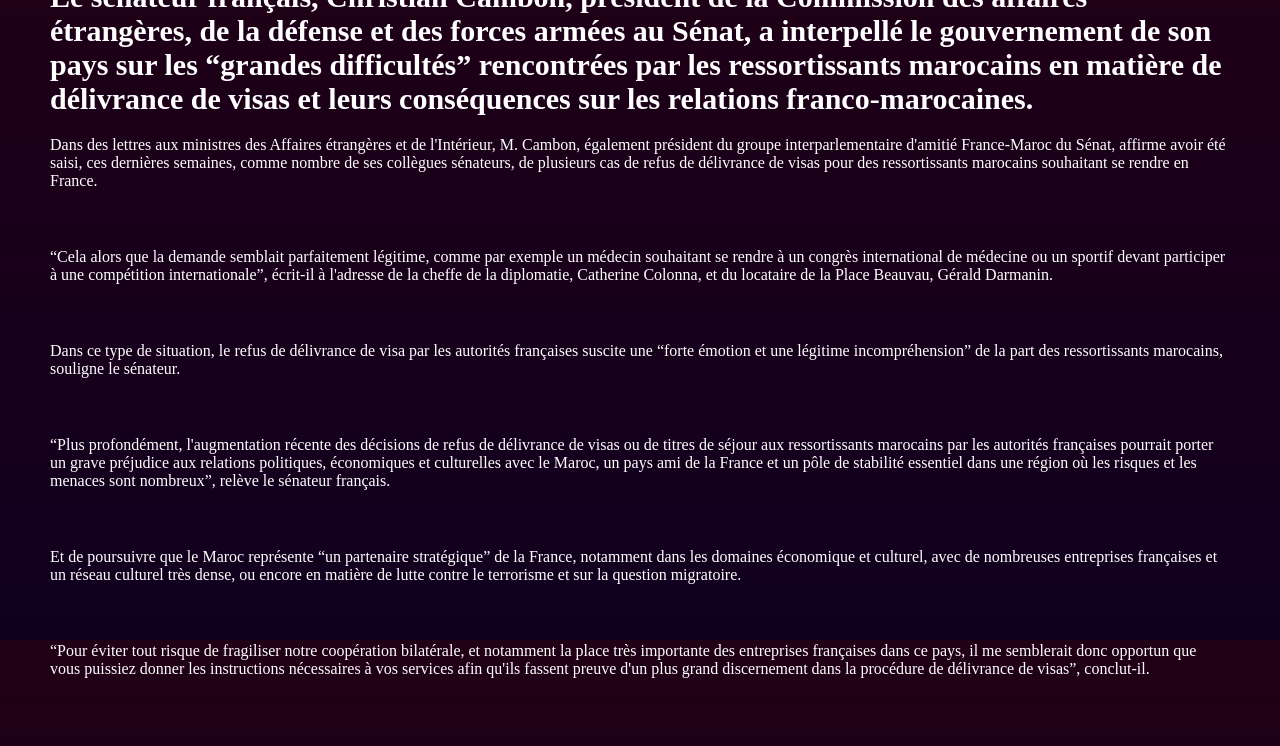
Repository: SD-Mdouka/site-n-b
Page: /
The author's editor kept a copy of each file at every save. The page is drawn from the files as they stood at one save, then again after the next save.
The browser window is 1280 px wide. The pictures show the part of the page from y = 800 to 1565 px (the page is 1546 px tall before and 1565 px after).
The project was rebuilt for these pictures with package versions that can differ from the ones it lists, and the page was loaded fresh each time. Also part of the build but not shown: src/component/page/AboutPage.js, src/component/page/ContactPage.js, src/component/page/ProductPage.js, src/component/page/ShoppingPage.js.

Above is the page before, as saved 2022-09-23 17:34:57.

After the next save:
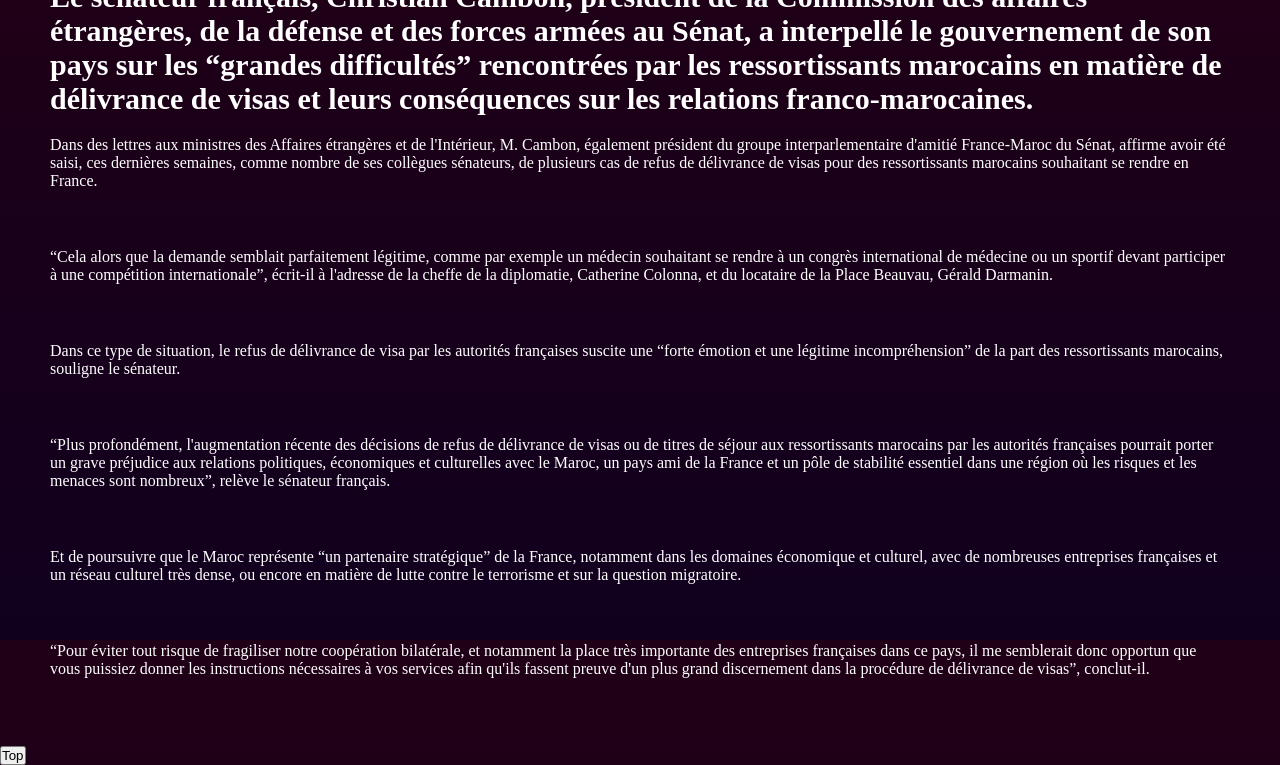
Saved 8 min 32 s later.
--- a/src/component/page/HomePage.js
+++ b/src/component/page/HomePage.js
@@ -11,6 +11,9 @@
         <Main />
         <Content />
       </Layout>
+      <button onclick="topFunction()" id="myBtn" title="Go to top">
+        Top
+      </button>
     </>
   );
 };

After the 3 saves that followed:
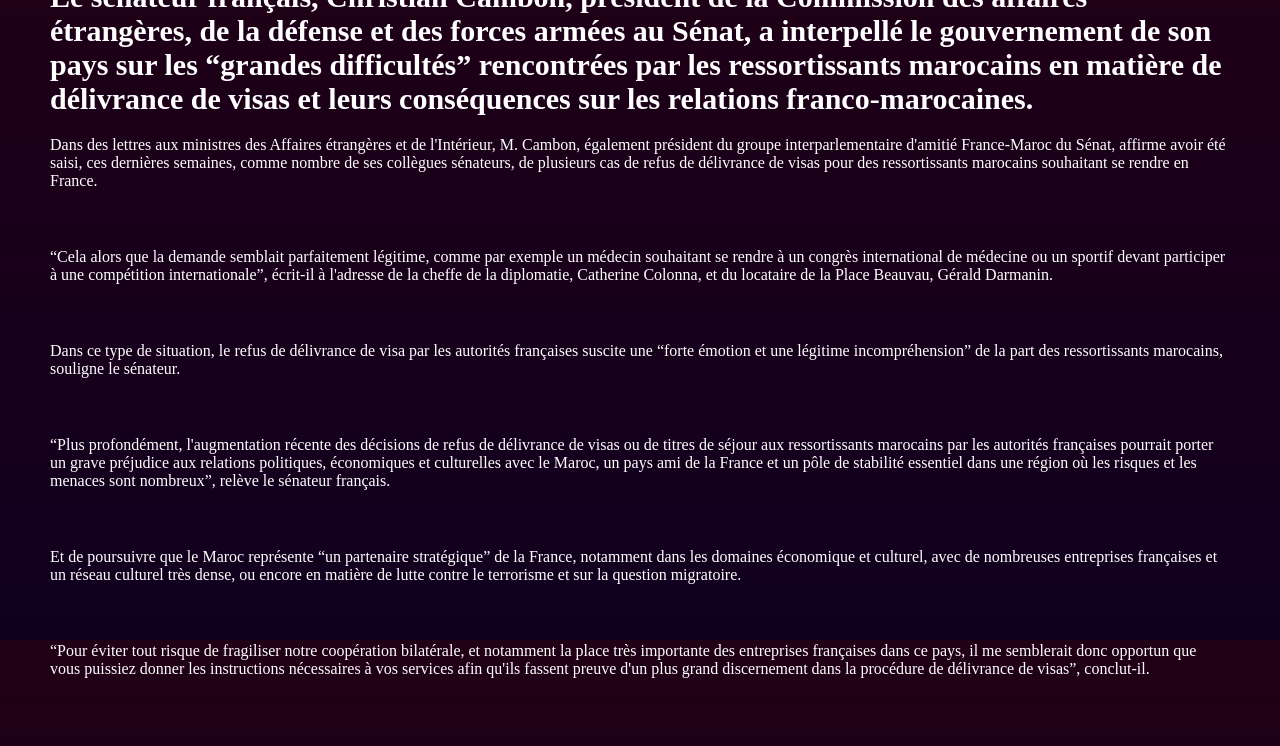
The 3 saves are shown as one change because 2 left the picture as it was.
The last was saved 3 min 5 s later.
--- a/src/component/page/HomePage.js
+++ b/src/component/page/HomePage.js
@@ -3,6 +3,8 @@
 import Main from "../share-component/Home/Main";
 import { Layout } from "../share-component/Layout/Layout";
 import "../Style/StyleHome.css";
+
+const topScroll = () => {};
 
 const HomePage = () => {
   return (
@@ -11,7 +13,7 @@
         <Main />
         <Content />
       </Layout>
-      <button onclick="topFunction()" id="myBtn" title="Go to top">
+      <button onclick={() => topScroll()} id="btnScroll">
         Top
       </button>
     </>
--- a/src/component/Style/StyleHome.css
+++ b/src/component/Style/StyleHome.css
@@ -58,3 +58,37 @@
     margin: 20px;
     font-size: 30px;
 }
+
+#btnScroll {
+    display: none;
+    /* Hidden by default */
+    position: fixed;
+    /* Fixed/sticky position */
+    bottom: 20px;
+    /* Place the button at the bottom of the page */
+    right: 30px;
+    /* Place the button 30px from the right */
+    z-index: 99;
+    /* Make sure it does not overlap */
+    border: none;
+    /* Remove borders */
+    outline: none;
+    /* Remove outline */
+    background-color: red;
+    /* Set a background color */
+    color: white;
+    /* Text color */
+    cursor: pointer;
+    /* Add a mouse pointer on hover */
+    padding: 15px;
+    /* Some padding */
+    border-radius: 10px;
+    /* Rounded corners */
+    font-size: 18px;
+    /* Increase font size */
+}
+
+#btnScroll:hover {
+    background-color: #555;
+    /* Add a dark-grey background on hover */
+}
